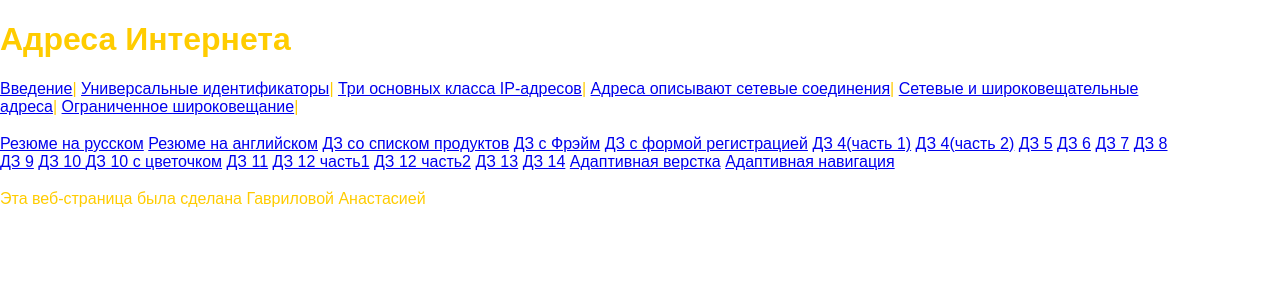
Repository: NastyaGavrilova/BeetRoot
Page: index.html
An editor plug-in stored every save of this project. The page is shown before and after the next save, followed by the edit.
The browser window is 1280 px wide. The pictures show the whole page.
The style sheet was rebuilt from its Sass, Less or Tailwind sources for each picture, by a compiler version that may differ from the author's.

Above is the page before, as saved 2021-09-27 13:33:18.

### index.html
<!DOCTYPE html>
<html lang="en">
  <head>
    <meta charset="UTF-8" />
    <meta http-equiv="X-UA-Compatible" content="IE=edge" />
    <meta name="viewport" content="width=device-width, initial-scale=1.0" />
    <link rel="stylesheet" href="./styles/normilize.css" />
    <link rel="stylesheet" href="./styles/style.css" />
    <link rel="shortcut icon" href="./images/favicon.ico" />
    <title>Адреса Интернета</title>
  </head>
  <body id="wrapper">
    <!-- Шапка с навигацией и закладками другой страницы -->
    <header>
      <h1>Адреса Интернета</h1>
      <nav>
        <a
          href="./webpage_markers.html#block1"
          title="Перейти в раздел Введение"
          >Введение</a
        >|
        <a
          href="./webpage_markers.html#block2"
          title="Перейти в раздел Универсальные идентификаторы"
          >Универсальные идентификаторы</a
        >|
        <a
          href="./webpage_markers.html#block3"
          title="Перейти в раздел Три основных класса IP-адресов"
          >Три основных класса IP-адресов</a
        >|
        <a
          href="./webpage_markers.html#block4"
          title="Перейти в раздел Адреса описывают сетевые соединения"
          >Адреса описывают сетевые соединения</a
        >|
        <a
          href="./webpage_markers.html#block5"
          title="Перейти в раздел Сетевые и широковещательные адреса"
          >Сетевые и широковещательные адреса</a
        >|
        <a
          href="./webpage_markers.html#block6"
          title="Перейти в раздел Ограниченное широковещание"
          >Ограниченное широковещание</a
        >| <br /><br />
      </nav>
    </header>

    <!-- Секция с ссылками на дз -->
    <div class="links">
      <a href="https://nastyagavrilova.github.io/homework2/"
        >Резюме на русском</a
      >
      <a href="https://nastyagavrilova.github.io/homework2_eng/"
        >Резюме на английском</a
      >

      <a href="./shopping_list.html">ДЗ со списком продуктов</a>

      <a href="./iframes.html">ДЗ с Фрэйм</a>
      <a href="./page_fieldsets.html">ДЗ с формой регистрацией</a>
      <a href="./HW4/part1.html">ДЗ 4(часть 1)</a>
      <a href="./HW4/part2.html">ДЗ 4(часть 2)</a>
      <a
        href="https://nastyagavrilova.github.io/HomeWork5_beetroot/"
        class="hw5"
        >ДЗ 5</a
      >

      <a
        href="https://nastyagavrilova.github.io/HomeWork6_beetroot/"
        class="hw6"
        >ДЗ 6</a
      >
      <a href="./Home_Work7/index.html" class="hw7">ДЗ 7</a>

      <a href="./HomeWork8/index.html" class="hw8">ДЗ 8</a>
      <a href="./HomeWork9/index.html" class="hw9">ДЗ 9</a>
      <a href="./HomeWork10/index.html" class="hw10" target="_blank">ДЗ 10 </a>
      <a href="./figma/index.html" class="hw10_2" target="_blank"
        >ДЗ 10 с цветочком</a
      >
      <a href="./HomeWork11/index.html" class="HW11" target="_blank">ДЗ 11</a>

      <a
        href="./HomeWork12_2/HomeWork12/index.html"
        class="HW12_1"
        target="_blank"
        >ДЗ 12 часть1</a
      >
      <a href="./HomeWork12_2/index.html" class="HW12_2" target="_blank"
        >ДЗ 12 часть2</a
      >
      <a href="./HomeWork13/index.html" class="HW13" target="_blank">ДЗ 13</a>
      <a href="./HomeWork14/index.html" class="HW14" target="_blank">ДЗ 14</a>
      <a
        href="https://nastyagavrilova.github.io/Beetroot__adaptive__web-design/"
        class="HW16"
        target="_blank"
        >Адаптивная верстка</a
      >
      <a
        href="https://nastyagavrilova.github.io/Beetroot_adaptive_navigation/"
        class="HW17"
        target="_blank"
        >Адаптивная навигация</a
      >
      <br /><br />
    </div>

    <!-- Подвал -->
    <footer>Эта веб-страница была сделана Гавриловой Анастасией</footer>
  </body>
</html>

### styles/normilize.css
html {
    line-height: 1.15;
    -webkit-text-size-adjust: 100%;
  }
  body {
    margin: 0;
  }
  main {
    display: block;
  }
  h1 {
    font-size: 2em;
    margin: 0.67em 0;
  }
  hr {
    box-sizing: content-box;
    height: 0;
    overflow: visible;
  }
  pre {
    font-family: monospace, monospace;
    font-size: 1em;
  }
  a {
    background-color: transparent;
  }
  abbr[title] {
    border-bottom: none;
    text-decoration: underline;
    text-decoration: underline dotted;
  }
  b,
  strong {
    font-weight: bolder;
  }
  code,
  kbd,
  samp {
    font-family: monospace, monospace;
    font-size: 1em;
  }
  small {
    font-size: 80%;
  }
  sub,
  sup {
    font-size: 75%;
    line-height: 0;
    position: relative;
    vertical-align: baseline;
  }
  sub {
    bottom: -0.25em;
  }
  sup {
    top: -0.5em;
  }
  img {
    border-style: none;
  }
  button,
  input,
  optgroup,
  select,
  textarea {
    font-family: inherit;
    font-size: 100%;
    line-height: 1.15;
    margin: 0;
  }
  button,
  input {
    overflow: visible;
  }
  button,
  select {
    text-transform: none;
  }
  [type='button'],
  [type='reset'],
  [type='submit'],
  button {
    -webkit-appearance: button;
  }
  [type='button']::-moz-focus-inner,
  [type='reset']::-moz-focus-inner,
  [type='submit']::-moz-focus-inner,
  button::-moz-focus-inner {
    border-style: none;
    padding: 0;
  }
  [type='button']:-moz-focusring,
  [type='reset']:-moz-focusring,
  [type='submit']:-moz-focusring,
  button:-moz-focusring {
    outline: 1px dotted ButtonText;
  }
  fieldset {
    padding: 0.35em 0.75em 0.625em;
  }
  legend {
    box-sizing: border-box;
    color: inherit;
    display: table;
    max-width: 100%;
    padding: 0;
    white-space: normal;
  }
  progress {
    vertical-align: baseline;
  }
  textarea {
    overflow: auto;
  }
  [type='checkbox'],
  [type='radio'] {
    box-sizing: border-box;
    padding: 0;
  }
  [type='number']::-webkit-inner-spin-button,
  [type='number']::-webkit-outer-spin-button {
    height: auto;
  }
  [type='search'] {
    -webkit-appearance: textfield;
    outline-offset: -2px;
  }
  [type='search']::-webkit-search-decoration {
    -webkit-appearance: none;
  }
  ::-webkit-file-upload-button {
    -webkit-appearance: button;
    font: inherit;
  }
  details {
    display: block;
  }
  summary {
    display: list-item;
  }
  template {
    display: none;
  }
  [hidden] {
    display: none;
  }

### HomeWork14/sccs/style.scss
// Config
@import "./variables";

// All style
@import "./components/index";
@import "./elements/index";
body {
  width: 100%;
  max-width: 1170px;
  color: $c-yellow;
  font-family: $f-main;
  font-size: $fs-info-text;
}

### HomeWork14/sccs/_variables.scss
// @import ''
//COLORS
$c-yellow: #ffcc00;
$c-grey-normal: #666666;
$c-grey-light: #cccccc;
$c-grey-dark: #333333;
$c-white: #fff;

// FONTS
$f-header: "Roboto", sans-serif;
$f-main: "Raleway", sans-serif;
$f-link: sans-serif;
//Font Size
$fs-title-small: 18;
$fs-title-big: 60px;
$fs-info-title: 36;
$fs-info-sub-title: 24;
$fs-info-text: 14;
$fs-info-button: 14;

### HomeWork14/sccs/components/_index.scss
@import "./header";
@import "./main";
@import "./sections";
@import "./nav";

### HomeWork14/sccs/components/_header.scss
.header {
  text-align: center;
  width: 455px;
  position: relative;
  margin: 0 auto 48px;
  padding-top: 45px;
  padding-bottom: 46px;
  //линия под хэдером
  &:before {
    display: block;
    content: "";
    position: absolute;
    background-color: $c-yellow;
    width: 47%;
    height: 1px;
    bottom: 0;
  }
  //линия под хэдером
  &:after {
    // @extend .header:: before;
    right: 0;
  }
  // заголовок
  &__title {
    text-transform: uppercase;
    margin: 0;
    // заголовок маленький
    &--small {
      font-size: $fs-title-small;
      font-family: $f-main;
      font-weight: 500;
      line-height: 24px;
      color: $c-grey-normal;
    }
    // заголовок большой
    &--big {
      color: $c-yellow;
      font-family: $f-header;
      font-size: $fs-title-big;
      font-weight: 900;
      line-height: 66px;
    }
  }

  // иконка между линиями
  &__img {
    position: absolute;
    bottom: 0;
    left: 50%;
    transform: translate(-50%, 50%);
  }
}

### HomeWork14/sccs/components/_main.scss
.main {
  max-width: 1170px;
  min-width: 420px;
  margin: 0 auto;
  position: relative;
}
//контейнер для элементов портфолио
.main__wrapper {
  display: flex;
  flex-wrap: wrap;
  justify-content: center;
}

### HomeWork14/sccs/components/_sections.scss
//секции флекса
.c-column {
  padding: 75px 0 67px;
  flex-grow: 1;
  flex-shrink: 1;
  height: 560px;
  max-width: 420px;
  //разделительная линия по середине
  &--line {
    padding-left: 82px;
    padding-right: 82px;
    div {
      width: 1px;
      height: 100%;
      background-color: $c-yellow;
    }
  }
}

.c-photo {
  margin-left: 20px; /*отступ от правого края, чтобы не наезжала стрелка*/
  &__bg-img {
    background: url(../../images/frame_orange.svg) 50% no-repeat;
    padding: 15px;
    height: 388px;
    img {
      border: 1px solid $c-yellow;
      max-width: 388px;
    }
  }
}

//секция с информацией
.c-info {
  margin-right: 20px;
  text-align: center;
  &__title {
    margin: 0;
    &--name {
      font-family: $f-header;
      font-size: $fs-info-title;
      color: $c-grey-normal;
      font-weight: 900;
      margin-top: 15px;
    }
    &--position {
      font-size: $fs-info-sub-title;
      font-weight: 400;
      font-family: $f-main;
      color: $c-grey-normal;
    }
  }
  &__underline {
    background-color: $c-yellow;
    &--1 {
      width: 100px;
      height: 1px;
      background-color: $c-yellow;
      margin: 25px auto;
    }
    &--2 {
      background: url("../../images/dashed-line.svg") 50% no-repeat;
      margin: 22px 0 26px;
      height: 4px;
    }
  }

  &__social-links {
    margin: 30px auto 20px;
    ul {
      font-size: 0;
      list-style: none;
      padding-left: 0;
      li {
        display: inline-block;
        margin: 3px;
        a {
          display: flex;
          justify-content: center;
          align-items: center;
          width: 30px;
          height: 30px;
          border: 2px solid $c-grey-light;
          border-radius: 50%;
          text-decoration: none;
          &:hover {
            box-shadow: 0 0 5px $c-yellow;
          }

          i {
            color: $c-grey-light;
            font-size: 14px;
          }
        }
      }
    }
  }
}

### HomeWork14/sccs/components/_nav.scss
//навигация документа
.c-nav {
  padding-bottom: 94px;
  //стрелки
  &__arrow {
    width: 13px;
    height: 23px;

    position: absolute;
    top: 270px;
    &:hover {
      transform: scale(1.4);
    }
    &-left {
      background: url("../../images/angle-left-icon.png") no-repeat;
      left: 1%;
    }
    &-right {
      background: url("../../images/angle-right-icon.png") no-repeat;
      right: 1%;
    }
  }

  //навигация
  &__items {
    margin-top: 40px;
  }
}

### HomeWork14/sccs/elements/_index.scss
@import './text';
@import './links';

### HomeWork14/sccs/elements/_text.scss
//параграф в информационной части
.e-info__description {
  color: $c-grey-dark;
  font-family: $f-main;
  font-weight: 500;
  line-height: 24px;
}

### HomeWork14/sccs/elements/_links.scss
// ссылка на профиль
.e-info__view-profile {
  margin: 0 auto;
  display: flex;
  justify-content: center;
  width: 120px;
  height: 24px;
  border: 1px solid $c-yellow;
  font-family: $f-link;
  font-weight: 700;
  align-items: center;
  text-transform: uppercase;
  text-decoration: none;
  color: $c-grey-normal;
  &:hover {
    background: $c-yellow;
  }
  &:active {
    transform: scale(1.07);
  }
}
// список с "ссылками" - кружочки в навикации
ul {
  text-align: center;
  padding-left: 0;
  list-style: none;
  font-size: 0;
  .e-item {
    display: inline-block;
    width: 10px;
    height: 10px;
    background-color: $c-yellow;
    border: 1px solid $c-yellow;
    border-radius: 50%;
    margin: 5px;
    &--active {
      background-color: $c-white;
    }
    &:hover {
      background-color: $c-white;
      cursor: pointer;
      transform: scale(1.2);
    }
  }
}

After the next save:
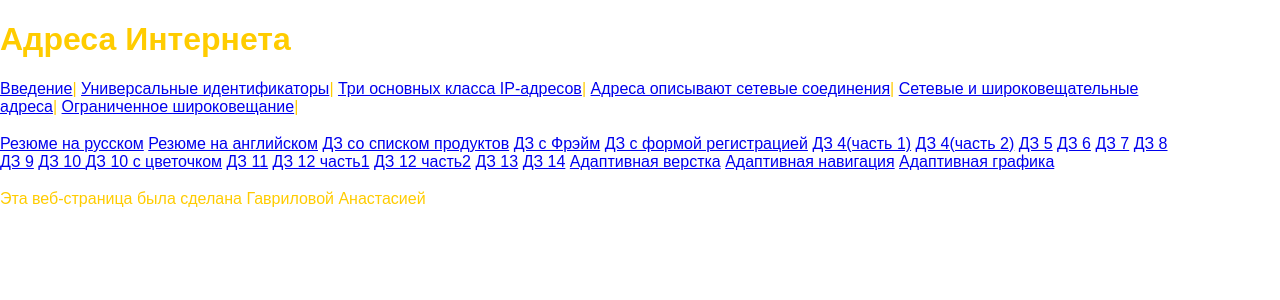
Saved 14 h 58 min later.
--- a/index.html
+++ b/index.html
@@ -106,6 +106,12 @@
         target="_blank"
         >Адаптивная навигация</a
       >
+      <a
+        href="https://nastyagavrilova.github.io/Beetroot__adaptive__graphic/"
+        class="HW18"
+        target="_blank"
+        >Адаптивная графика</a
+      >
       <br /><br />
     </div>
 
